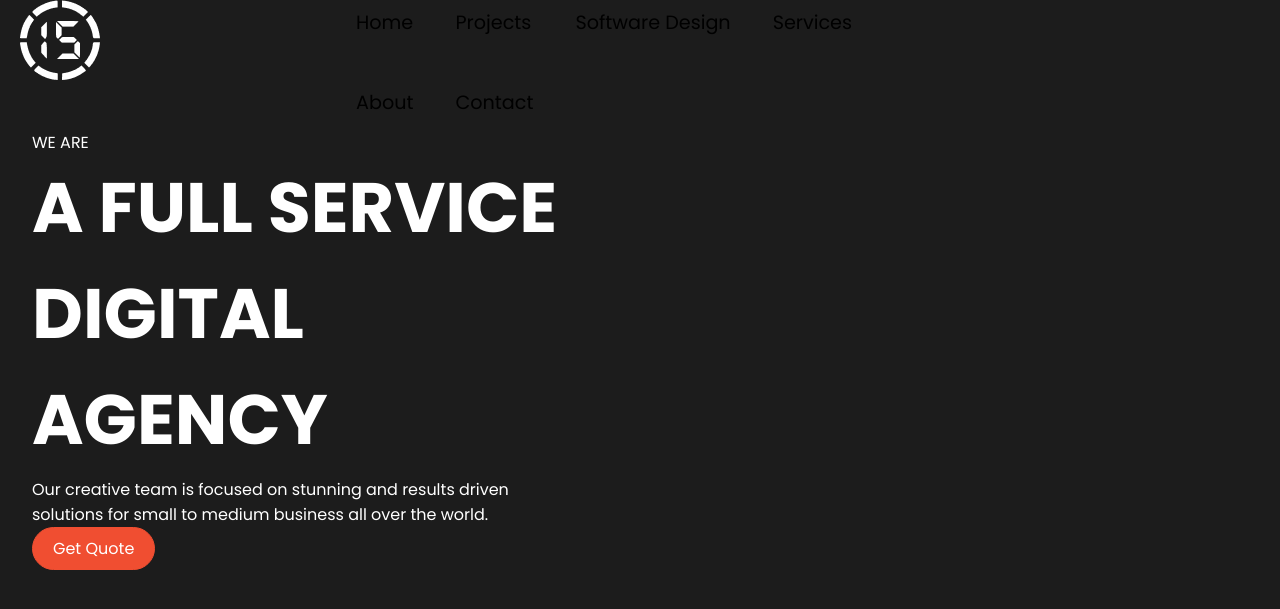
Repository: gopalpurohit54/one5
Page: /
An editor plug-in stored every save of this project. The page is shown before and after the next save, followed by the edit.
The browser window is 1280 px wide. The pictures show the whole page.
The project was rebuilt for these pictures with package versions that can differ from the ones it lists, and the page was loaded fresh each time.

Above is the page before, as saved 2021-06-11 14:39:25.

After the next save:
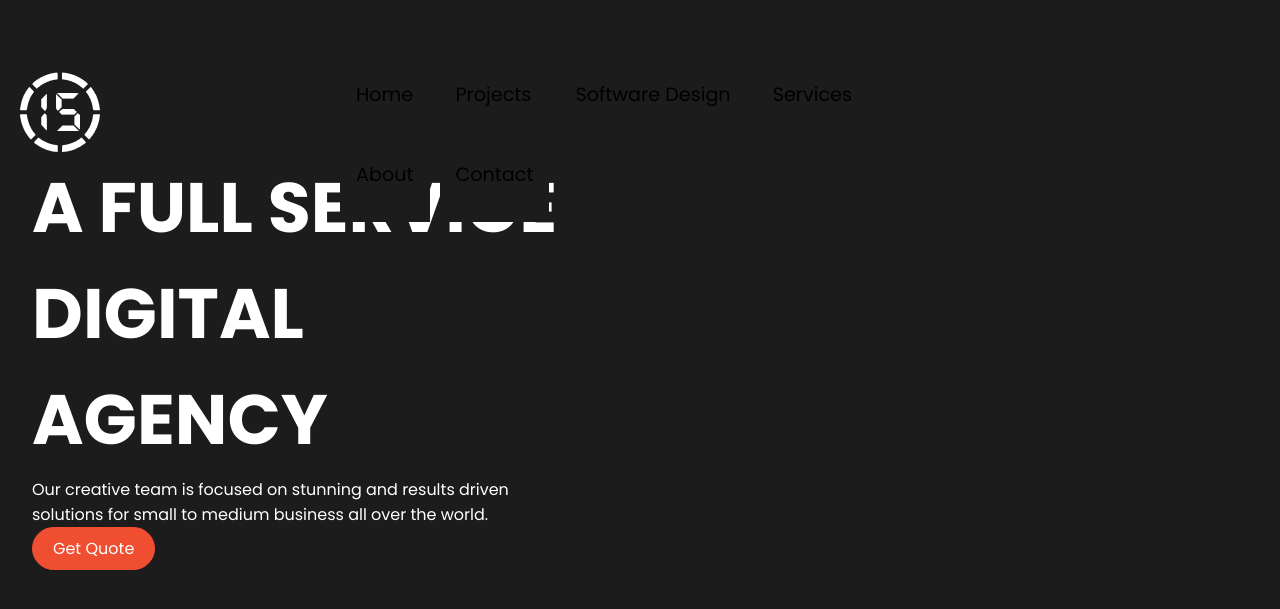
Saved 8 s later.
--- a/src/components/navbar.css
+++ b/src/components/navbar.css
@@ -8,7 +8,7 @@
     display: flex;
     font-size: 1.2rem;
     position: sticky;
-    top: auto;
+    top: 10%;
     z-index: 999;
 }
 
